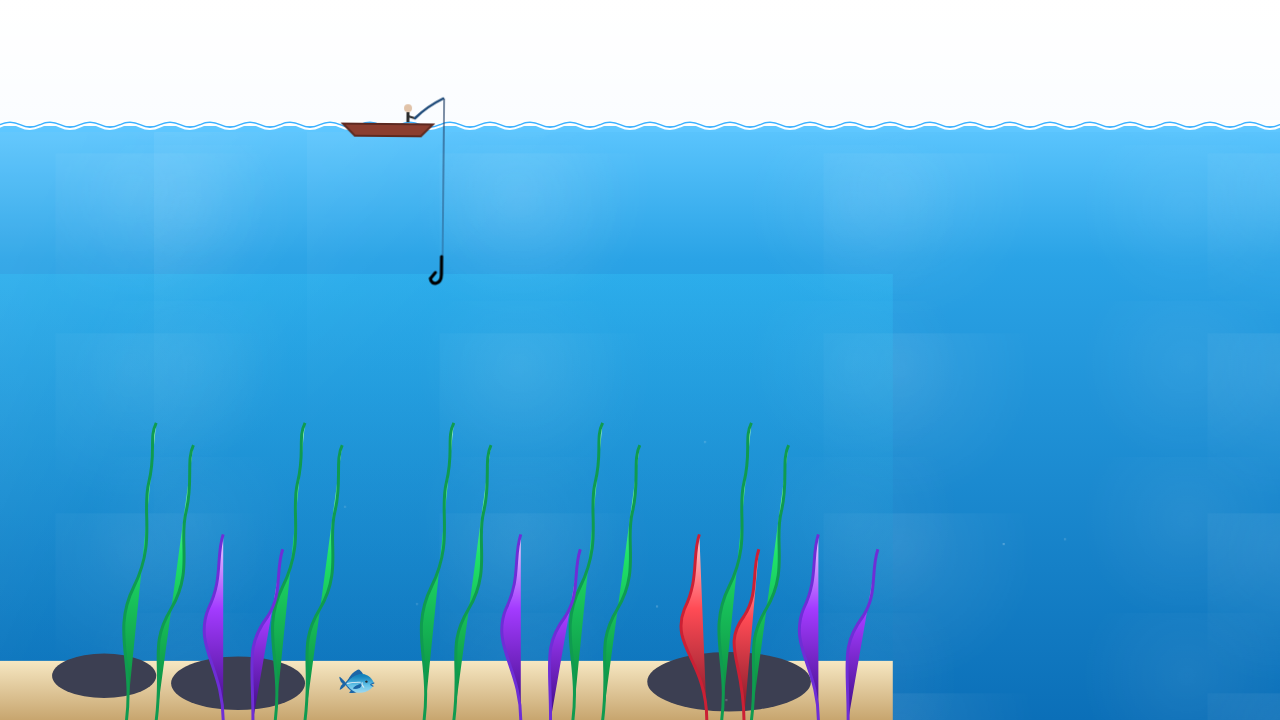
Repository: DeepFriedTurkey441/fd_game_project
Page: index.html
These files come from the project's save history. The page is drawn as it stood at one moment and after the next save; the edit follows.
The browser window is 1280 px wide. The pictures show the whole page.

Above is the page before, as saved 2025-09-23 07:51:33.

### index.html
<!DOCTYPE html>
<html lang="en">
<head>
  <meta charset="UTF-8">
  <title>Fish Dodge</title>
  <link rel="stylesheet" href="style.css">
</head>
<body>
  <div id="game">
    <div id="air" aria-hidden="true"></div>
    <div id="waterline" aria-hidden="true"></div>
    <!-- Decorative background layers (non-interactive) -->
    <div id="light-rays" aria-hidden="true"></div>
    <div id="caustics" aria-hidden="true"></div>
    <!-- Realistic aquarium background (SVG) -->
    <svg id="aquarium-bg" viewBox="0 0 1200 600" preserveAspectRatio="none" aria-hidden="true">
      <defs>
        <linearGradient id="plantGrad1" x1="0" y1="1" x2="0" y2="0">
          <stop offset="0%" stop-color="#0b6fb8"/>
          <stop offset="100%" stop-color="#35d0ff"/>
        </linearGradient>
        <linearGradient id="leafGreen" x1="0" y1="1" x2="0" y2="0">
          <stop offset="0%" stop-color="#0a7f3b"/>
          <stop offset="60%" stop-color="#1fe36a"/>
          <stop offset="100%" stop-color="#b4ffca"/>
        </linearGradient>
        <linearGradient id="leafRed" x1="0" y1="1" x2="0" y2="0">
          <stop offset="0%" stop-color="#7a1626"/>
          <stop offset="60%" stop-color="#ff4b55"/>
          <stop offset="100%" stop-color="#ffd0d4"/>
        </linearGradient>
        <linearGradient id="leafPurple" x1="0" y1="1" x2="0" y2="0">
          <stop offset="0%" stop-color="#3b0a7f"/>
          <stop offset="60%" stop-color="#a33bff"/>
          <stop offset="100%" stop-color="#edd4ff"/>
        </linearGradient>
        <linearGradient id="sandGrad" x1="0" y1="0" x2="0" y2="1">
          <stop offset="0%" stop-color="#f6e7c2"/>
          <stop offset="100%" stop-color="#c7a56e"/>
        </linearGradient>
      </defs>
      <!-- subtle background vignette -->
      <rect x="0" y="0" width="1200" height="600" fill="url(#plantGrad1)" opacity="0.25"/>
      <!-- substrate -->
      <rect x="0" y="520" width="1200" height="80" fill="url(#sandGrad)"/>
      <!-- rocks -->
      <g fill="#3c3f52">
        <ellipse cx="140" cy="540" rx="70" ry="30"/>
        <ellipse cx="320" cy="550" rx="90" ry="36"/>
        <ellipse cx="980" cy="548" rx="110" ry="40"/>
      </g>
      <!-- plant clusters repeated across width -->
      <!-- cluster A (greens) at multiple x positions -->
      <g fill="url(#leafGreen)">
        <g transform="translate(60,0)">
          <path d="M110 600 C120 520, 90 480, 120 420 C150 360,130 320,140 280 C150 240,140 220,150 200" stroke="#0f9b50" stroke-width="4"/>
          <path d="M150 600 C160 520, 140 500, 170 450 C200 400,180 360,190 320 C200 280,190 250,200 230" stroke="#0f9b50" stroke-width="4"/>
        </g>
        <g transform="translate(260,0)">
          <path d="M110 600 C120 520, 90 480, 120 420 C150 360,130 320,140 280 C150 240,140 220,150 200" stroke="#0f9b50" stroke-width="4"/>
          <path d="M150 600 C160 520, 140 500, 170 450 C200 400,180 360,190 320 C200 280,190 250,200 230" stroke="#0f9b50" stroke-width="4"/>
        </g>
        <g transform="translate(460,0)">
          <path d="M110 600 C120 520, 90 480, 120 420 C150 360,130 320,140 280 C150 240,140 220,150 200" stroke="#0f9b50" stroke-width="4"/>
          <path d="M150 600 C160 520, 140 500, 170 450 C200 400,180 360,190 320 C200 280,190 250,200 230" stroke="#0f9b50" stroke-width="4"/>
        </g>
        <g transform="translate(660,0)">
          <path d="M110 600 C120 520, 90 480, 120 420 C150 360,130 320,140 280 C150 240,140 220,150 200" stroke="#0f9b50" stroke-width="4"/>
          <path d="M150 600 C160 520, 140 500, 170 450 C200 400,180 360,190 320 C200 280,190 250,200 230" stroke="#0f9b50" stroke-width="4"/>
        </g>
        <g transform="translate(860,0)">
          <path d="M110 600 C120 520, 90 480, 120 420 C150 360,130 320,140 280 C150 240,140 220,150 200" stroke="#0f9b50" stroke-width="4"/>
          <path d="M150 600 C160 520, 140 500, 170 450 C200 400,180 360,190 320 C200 280,190 250,200 230" stroke="#0f9b50" stroke-width="4"/>
        </g>
      </g>
      <!-- cluster B (purples) across width -->
      <g fill="url(#leafPurple)">
        <g transform="translate(140,0)">
          <path d="M560 600 C560 530, 520 500, 540 450 C560 410,550 380,560 350" stroke="#6e2ed6" stroke-width="4"/>
          <path d="M600 600 C600 520, 590 500, 620 460 C640 430,630 400,640 370" stroke="#6e2ed6" stroke-width="4"/>
        </g>
        <g transform="translate(-260,0)">
          <path d="M560 600 C560 530, 520 500, 540 450 C560 410,550 380,560 350" stroke="#6e2ed6" stroke-width="4"/>
          <path d="M600 600 C600 520, 590 500, 620 460 C640 430,630 400,640 370" stroke="#6e2ed6" stroke-width="4"/>
        </g>
        <g transform="translate(540,0)">
          <path d="M560 600 C560 530, 520 500, 540 450 C560 410,550 380,560 350" stroke="#6e2ed6" stroke-width="4"/>
          <path d="M600 600 C600 520, 590 500, 620 460 C640 430,630 400,640 370" stroke="#6e2ed6" stroke-width="4"/>
        </g>
      </g>
      <!-- cluster C (reds) across width -->
      <g fill="url(#leafRed)">
        <g transform="translate(-60,0)">
          <path d="M1010 600 C1010 520, 960 500, 980 450 C1000 410,990 380,1000 350" stroke="#cc2034" stroke-width="4"/>
          <path d="M1060 600 C1060 520, 1030 500, 1060 460 C1080 430,1070 400,1080 370" stroke="#cc2034" stroke-width="4"/>
        </g>
        <g transform="translate(240,0)">
          <path d="M1010 600 C1010 520, 960 500, 980 450 C1000 410,990 380,1000 350" stroke="#cc2034" stroke-width="4"/>
          <path d="M1060 600 C1060 520, 1030 500, 1060 460 C1080 430,1070 400,1080 370" stroke="#cc2034" stroke-width="4"/>
        </g>
        <g transform="translate(540,0)">
          <path d="M1010 600 C1010 520, 960 500, 980 450 C1000 410,990 380,1000 350" stroke="#cc2034" stroke-width="4"/>
          <path d="M1060 600 C1060 520, 1030 500, 1060 460 C1080 430,1070 400,1080 370" stroke="#cc2034" stroke-width="4"/>
        </g>
      </g>
    </svg>
    <div class="boat" aria-label="small fishing boat" title="Fishing boat" style="left: 26vw;">
      <svg viewBox="0 0 120 60" xmlns="http://www.w3.org/2000/svg" aria-hidden="true">
        <!-- hull -->
        <path d="M10 40 L100 40 L88 52 L22 52 Z" fill="#8b3e2f" stroke="#5e291f" stroke-width="2"/>
        <!-- fisherman (simple) -->
        <circle cx="75" cy="24" r="4" fill="#e0c2a8"/>
        <path id="arm" d="M75 28 L75 38" stroke="#2b2b2b" stroke-width="3"/>
        <path id="rod" d="M75 32 L82 34" stroke="#2b2b2b" stroke-width="2"/>
        <!-- fishing rod (angled out over water) -->
        <path d="M82 34 Q 94 22 110 14" stroke="#1f4b7a" stroke-width="2.5" fill="none" stroke-linecap="round"/>
      </svg>
      <div class="line" aria-hidden="true"></div>
      <svg class="hook" aria-hidden="true" viewBox="0 0 24 36">
        <!-- J‑shaped hook: black stroke, no fill -->
        <path d="M16 2 V20 C16 30 6 32 5 24" fill="none" stroke="#000" stroke-width="3.2" stroke-linecap="round"/>
        <!-- Barb -->
        <path d="M6 23 L10 18" fill="none" stroke="#000" stroke-width="3" stroke-linecap="round"/>
      </svg>
    </div>
    <div id="fish" aria-label="fish"><span class="sprite" aria-hidden="true">🐟</span></div>
    <!-- Soft ambient bubbles -->
    <div id="bubbles" aria-hidden="true"></div>
  </div>
  <script src="script.js"></script>
</body>
</html>

### style.css
/* Basic starter styling */
body {
    margin: 0;
    font-family: sans-serif;
    background-color: #0a3454;
    color: #fff;
  }

#game {
    position: relative;
    width: 100vw;
    height: 100vh;
    overflow: hidden;
    background: linear-gradient(#f9fbff 0%, #eaf3ff 16.66%, #5ec7ff 16.66%, #2aa3e6 36%, #0b6fb8 100%);
  }

/* Air overlay (top 1/6) to ensure a whitish sky */
#air {
    position: absolute;
    left: 0; right: 0;
    top: 0;
    /* Extend slightly past the waterline so crests have white behind them */
    height: calc(100vh / 6 + 12px);
    background: linear-gradient(to bottom, rgba(255,255,255,0.98), rgba(255,255,255,0.75));
    z-index: 1;
    pointer-events: none;
  }

/* Waterline at 1/6 of the viewport height from the top */
#waterline {
    position: absolute;
    left: 0; right: 0;
    top: calc(100vh / 6);
    height: 12px;
    z-index: 2;
    pointer-events: none;
    /* Squiggly wave on top of a 2-color band: white above, light blue below */
    background:
      url("data:[embedded picture, 376 characters]") repeat-x center,
      linear-gradient(to bottom, rgba(255,255,255,0.98) 0%, rgba(255,255,255,0.98) 50%, rgba(94,199,255,1) 50%, rgba(94,199,255,1) 100%);
    background-size: 80px 12px, 100% 100%;
  }

/* Boat at surface */
  .boat {
    position: absolute;
    top: calc(100vh / 6 - 34px); /* float a bit higher above ripple */
    width: 120px; height: 60px;
    transform-origin: 50% 50%;
    animation: bob 3.2s ease-in-out infinite;
    z-index: 6; /* above reefs; fish swims under */
    pointer-events: none;
  }
  .boat svg { width: 100%; height: 100%; display: block; }
  /* (reverted) */

/* Realistic aquarium background container */
#aquarium-bg { position:absolute; left:0; right:0; bottom:0; height: 62vh; z-index:1; pointer-events:none; }

/* God-rays */
#light-rays { position: absolute; left:0; right:0; top: calc(100vh/6); bottom:0; pointer-events:none; z-index:1;
  background:
    linear-gradient(115deg, rgba(255,255,255,0.12) 10%, rgba(255,255,255,0.0) 35%) 0 0/40% 100% no-repeat,
    linear-gradient(125deg, rgba(255,255,255,0.10) 8%, rgba(255,255,255,0.0) 32%) 20% 0/40% 100% no-repeat,
    linear-gradient(135deg, rgba(255,255,255,0.08) 6%, rgba(255,255,255,0.0) 28%) 40% 0/40% 100% no-repeat;
  mix-blend-mode: screen;
  opacity: 0.5;
}

/* Caustic shimmer */
#caustics { position:absolute; left:0; right:0; top: calc(100vh/6); bottom:0; pointer-events:none; z-index:1;
  background: radial-gradient(circle at 20% 20%, rgba(255,255,255,0.08) 0%, rgba(255,255,255,0) 40%) 0 0/30% 30% repeat,
              radial-gradient(circle at 70% 40%, rgba(255,255,255,0.06) 0%, rgba(255,255,255,0) 42%) 0 0/26% 26% repeat;
  animation: causticDrift 18s linear infinite;
}
@keyframes causticDrift {
  0% { background-position: 0 0, 0 0; }
  100% { background-position: 200px 120px, -160px 90px; }
}

/* Seafloor gradient to deepen bottom */
#seafloor { position:absolute; left:0; right:0; bottom:0; height: 16vh; pointer-events:none; z-index:1;
  background: linear-gradient(to bottom, rgba(0,0,0,0) 0%, rgba(0,0,0,0.25) 100%);
}
  .boat .line {
    position: absolute;
    left: 110px; /* exact rod tip in SVG coords */
    top: 14px;
    width: 2px;
    height: calc(100vh - (100vh / 6)); /* down to bottom */
    background: linear-gradient(to bottom, rgba(30,60,100,0.6), rgba(30,60,100,0.3));
    transform-origin: top;
    z-index: 4; /* between reefs and fish */
  }
  .boat .hook {
    position: absolute;
    left: 100px; /* adjusted for SVG viewBox */
    top: 14px;
    width: 24px; height: 36px;
    z-index: 5;
    display: block;
  }
  .boat .hook path { vector-effect: non-scaling-stroke; }

@keyframes bob {
  0%   { transform: translateY(0) rotate(-0.6deg); }
  50%  { transform: translateY(-2px) rotate(0.6deg); }
  100% { transform: translateY(0) rotate(-0.6deg); }
}

#fish {
    position: absolute;
    left: 24px;
    top: 50vh;
    transform: translateY(-50%);
    font-size: 32px;
    line-height: 1;
    user-select: none;
    z-index: 5;
  }
/* Ambient bubbles */
#bubbles { position:absolute; left:0; right:0; top: calc(100vh/6); bottom:0; pointer-events:none; z-index:2; }
#bubbles::before, #bubbles::after { content:""; position:absolute; left:10%; bottom:6vh; width:2px; height:2px; background:transparent;
  box-shadow:  0 0 0 0 rgba(255,255,255,0.7),
               40vw 10vh 0 0 rgba(255,255,255,0.6),
               20vw 30vh 0 0 rgba(255,255,255,0.5),
               65vw 22vh 0 0 rgba(255,255,255,0.6),
               80vw 12vh 0 0 rgba(255,255,255,0.5),
               15vw 18vh 0 0 rgba(255,255,255,0.5);
  animation: bubbleUp 8s linear infinite;
}
#bubbles::after { left:35%; animation-duration: 12s; opacity:0.8; }
@keyframes bubbleUp {
  0% { transform: translateY(0) scale(1); opacity: 0.0; }
  10% { opacity: 0.6; }
  100% { transform: translateY(-70vh) scale(1.2); opacity: 0; }
}
  #fish .sprite { display: inline-block; font-size: 32px; width: 1em; height: 1em; }
  /* Emoji orientation mappings */
  /* Most platforms render 🐟 facing left by default (head on left). */
  #fish .face-left { transform: scaleX(1); }
  #fish .face-right { transform: scaleX(-1); }

### script.js
// Fish movement prototype: slow downward drift, space = up/forward, 3 speeds (←/→)
(function () {
  const fish = document.getElementById('fish');
  const sprite = fish ? fish.querySelector('.sprite') : null;
  const boat = document.querySelector('.boat');
  const lineEl = boat ? boat.querySelector('.line') : null;
  const hookEl = boat ? boat.querySelector('.hook') : null;
  // (reverted) no rod group rotation
  const armPath = boat ? boat.querySelector('#arm') : null;
  const rodPath = boat ? boat.querySelector('#rod') : null;
  if (!fish) return;

  // Ensure fish faces right
  // using CSS flip on child span; no need to set text here

  const BASE_SPEEDS = [1, 3, 6];
  let speedIndex = 0;
  let dir = 1; // 1 = left→right, -1 = right→left
  let speed = BASE_SPEEDS[speedIndex]; // signed pixels/frame after scaling

  let x = 24;
  let y = window.innerHeight * 0.5;
  let vy = 0;
  let spacePressed = false;
  let paused = false;
  function getFishHalfHeight() {
    try {
      const rect = (sprite || fish).getBoundingClientRect();
      return Math.max(8, (rect.height || 32) / 2);
    } catch (_) {
      return 16; // fallback for early frames
    }
  }

  // Tunables
  function scale() { return Math.max(0.8, Math.min(2.0, window.innerWidth / 1200)); }
  function gravity() { return 0.12 * scale(); } // slow drift downward
  function maxFall() { return 3.0 * scale(); }
  function maxRise() { return -4.0 * scale(); }

  function wrapX(nx) {
    const w = window.innerWidth;
    if (nx > w) return nx - w;
    if (nx < 0) return nx + w;
    return nx;
  }

  function updateSpeed() {
    speed = dir * (BASE_SPEEDS[speedIndex] * scale());
    // Update facing based on direction
    if (sprite) {
      if (dir === 1) {
        sprite.classList.remove('face-left');
        sprite.classList.add('face-right');
      } else {
        sprite.classList.remove('face-right');
        sprite.classList.add('face-left');
      }
    }
  }

  function loop() {
    if (paused) { requestAnimationFrame(loop); return; }
    // Horizontal progress
    x = wrapX(x + speed);

    // Vertical physics
    if (spacePressed) {
      vy = Math.max(maxRise(), vy - 0.45 * scale());
    } else {
      vy = Math.min(maxFall(), vy + gravity());
    }
    // Compute waterline as top at 1/6 viewport height
    const waterlineY = window.innerHeight / 6;
    // Keep the fish's center at least one pixel below the waterline + half its height
    const halfH = getFishHalfHeight();
    const topClamp = Math.max(0, waterlineY + halfH + 1);
    const bottomClamp = window.innerHeight - 40;
    y = Math.max(topClamp, Math.min(bottomClamp, y + vy));

    // Render
    fish.style.left = x + 'px';
    fish.style.top = y + 'px';

    // Simple jig animation for hook: hold near bottom, then hop upward irregularly
    animateHook();

    requestAnimationFrame(loop);
  }

  // --- Fishing line + hook motion ---
  let hookState = { phase: 'drop', targetY: 0, lastChange: 0 };
  // (reverted) no cast state
  const FEATURES = {
    casting: (new URL(location.href).searchParams.get('cast') === '1') ||
             (localStorage.getItem('fd_casting') === '1')
  };
  document.addEventListener('keydown', e => {
    if (e.key === 'C') {
      FEATURES.casting = !FEATURES.casting;
      localStorage.setItem('fd_casting', FEATURES.casting ? '1' : '0');
      location.reload();
    }
  });

  // Dynamic grouping for casting when flag is ON
  let rodGroup = null;
  if (boat && FEATURES.casting && armPath && rodPath) {
    try {
      const svg = boat.querySelector('svg');
      rodGroup = document.createElementNS('http://www.w3.org/2000/svg', 'g');
      rodGroup.setAttribute('id', 'rodGroup');
      rodGroup.appendChild(armPath);
      rodGroup.appendChild(rodPath);
      svg.insertBefore(rodGroup, svg.firstChild.nextSibling);
      rodGroup.style.transformOrigin = '75px 32px';
    } catch (_) { rodGroup = null; }
  }
  function animateHook() {
    if (!lineEl || !hookEl) return;
    const now = performance.now();
    const waterTop = window.innerHeight / 6;
    const bottom = window.innerHeight - 4;
    // Anchor positions at rod tip in page coords
    const boatRect = boat.getBoundingClientRect();
    const rodTip = { x: boatRect.left + 110, y: boatRect.top + 14 };
    // Hook SVG geometry (viewBox 0 0 24 36): eye at roughly (16, 2)
    const HOOK_EYE_X = 16; // px within SVG
    const HOOK_EYE_Y = 2;  // px within SVG
    if (hookState.phase === 'drop') {
      // Ensure line spans to bottom and hook sits near bottom
      lineEl.style.height = (bottom - rodTip.y) + 'px';
      // Position hook so its eye aligns with the line X and starts at bottom
      hookEl.style.left = (rodTip.x - boatRect.left - HOOK_EYE_X) + 'px';
      hookEl.style.top = (rodTip.y - boatRect.top + (bottom - rodTip.y) - (HOOK_EYE_Y + 2)) + 'px';
      hookState.phase = 'jig';
      hookState.lastChange = now;
      hookState.targetY = bottom - 30;
      // Trigger a one-time cast animation when flag is ON
      if (FEATURES.casting) startCast(now);
      return;
    }
    // Jigging: random small upward hops, then fall back
    const hookRect = hookEl.getBoundingClientRect();
    const hookY = hookRect.top + hookRect.height / 2;
    if (now - hookState.lastChange > 600 + Math.random() * 600) {
      hookState.targetY = Math.max(waterTop + 60, hookY - (30 + Math.random() * 60));
      hookState.lastChange = now;
    }
    // Move toward targetY smoothly
    const dy = (hookState.targetY - hookY) * 0.14;
    const newTop = hookY + dy;
    const maxTop = bottom - 12;
    const clampedTop = Math.min(maxTop, Math.max(waterTop + 40, newTop));
    // Position hook (absolute within boat) using page→boat coordinates
    const newHookTop = clampedTop - hookRect.height / 2;
    // Keep hook horizontally anchored so the eye stays on the line
    hookEl.style.left = (rodTip.x - boatRect.left - HOOK_EYE_X) + 'px';
    hookEl.style.top = (newHookTop - boatRect.top) + 'px';

    // Reel-in effect: simply shorten the line element height to the hook
    const hookEyePageY = (newHookTop + HOOK_EYE_Y); // page Y for hook eye
    const visibleHeight = Math.max(0, hookEyePageY - rodTip.y);
    lineEl.style.height = visibleHeight + 'px';

    if (FEATURES.casting) stepCast(now);
  }
  // --- Casting (guarded by feature flag) ---
  let hasCastOnce = false;
  let castPhase = 'idle';
  let castStartAt = 0;
  function getBoatSectionIndex() {
    const sections = 10;
    const boatRect = boat.getBoundingClientRect();
    const centerX = boatRect.left + boatRect.width / 2;
    const w = window.innerWidth;
    return Math.min(sections - 1, Math.max(0, Math.floor((centerX / w) * sections)));
  }
  function startCast(now) {
    if (hasCastOnce || !rodGroup) return;
    const section = getBoatSectionIndex();
    if (section >= 8) return;
    hasCastOnce = true;
    castPhase = 'windup';
    castStartAt = now;
  }
  function stepCast(now) {
    if (castPhase === 'idle' || !rodGroup) return;
    const t = now - castStartAt;
    if (castPhase === 'windup') {
      const dur = 380, k = Math.min(1, t / dur);
      const angle = -35 * (1 - Math.pow(1 - k, 3));
      rodGroup.style.transform = `rotate(${angle}deg)`;
      if (k >= 1) { castPhase = 'forward'; castStartAt = now; }
    } else if (castPhase === 'forward') {
      const dur = 240, k = Math.min(1, t / dur);
      const angle = (-35) + 50 * (1 - Math.pow(1 - k, 3));
      rodGroup.style.transform = `rotate(${angle}deg)`;
      const section = getBoatSectionIndex();
      const w = window.innerWidth, sectionW = w / 10;
      const targetX = Math.min((section + 2 + 0.5) * sectionW, w - 20);
      const boatRect = boat.getBoundingClientRect();
      const curr = hookEl.getBoundingClientRect();
      const nx = (curr.left + (targetX - curr.left) * (1 - Math.pow(1 - k, 3))) - boatRect.left - 16;
      hookEl.style.left = `${nx}px`;
      if (k >= 1) { castPhase = 'settle'; castStartAt = now; }
    } else if (castPhase === 'settle') {
      const dur = 280, k = Math.min(1, t / dur);
      const angle = 15 - 15 * (1 - Math.pow(1 - k, 3));
      rodGroup.style.transform = `rotate(${angle}deg)`;
      if (k >= 1) { castPhase = 'idle'; rodGroup.style.transform = 'rotate(0deg)'; }
    }
  }

  document.addEventListener('keydown', (e) => {
    switch (e.key) {
      case ' ': // surge
        if (!spacePressed) {
          spacePressed = true;
          vy = Math.max(maxRise(), vy - 2.2 * scale());
          fish.style.transform = 'translateY(-50%) scale(1.04) rotate(-3deg)';
        }
        break;
      case 'p':
        paused = !paused;
        break;
      case 'ArrowRight':
        if (dir === 1) {
          // Already moving right: speed up until max
          speedIndex = Math.min(BASE_SPEEDS.length - 1, speedIndex + 1);
        } else {
          // Moving left: step down speed; if already at slowest, flip to right slow
          if (speedIndex > 0) {
            speedIndex -= 1;
          } else {
            dir = 1; // flip direction
            speedIndex = 0; // start at slowest in new direction
          }
        }
        updateSpeed();
        break;
      case 'ArrowLeft':
        if (dir === -1) {
          // Already moving left: speed up until max
          speedIndex = Math.min(BASE_SPEEDS.length - 1, speedIndex + 1);
        } else {
          // Moving right: step down speed; if already at slowest, flip to left slow
          if (speedIndex > 0) {
            speedIndex -= 1;
          } else {
            dir = -1; // flip direction
            speedIndex = 0; // start at slowest in new direction
          }
        }
        updateSpeed();
        break;
    }
  });
  document.addEventListener('keyup', (e) => {
    if (e.key === ' ') {
      spacePressed = false;
      fish.style.transform = 'translateY(-50%)';
    }
  });

  window.addEventListener('resize', () => {
    x = Math.min(x, window.innerWidth - 40);
    // Re-apply clamp relative to new waterline and fish size
    const waterlineY = window.innerHeight / 6;
    const halfH = getFishHalfHeight();
    const topClamp = Math.max(0, waterlineY + halfH + 1);
    const bottomClamp = window.innerHeight - 40;
    y = Math.max(topClamp, Math.min(bottomClamp, y));
    updateSpeed();
    // Recompute line length on resize
    if (lineEl && boat) {
      const bottom = window.innerHeight - 4;
      const boatRect = boat.getBoundingClientRect();
      const rodTipY = boatRect.top + 14;
      lineEl.style.height = (bottom - rodTipY) + 'px';
    }
  });

  // Init
  updateSpeed();
  // Ensure initial facing matches starting direction (right)
  if (sprite) { sprite.classList.add('face-right'); }
  loop();
})();

After the next save:
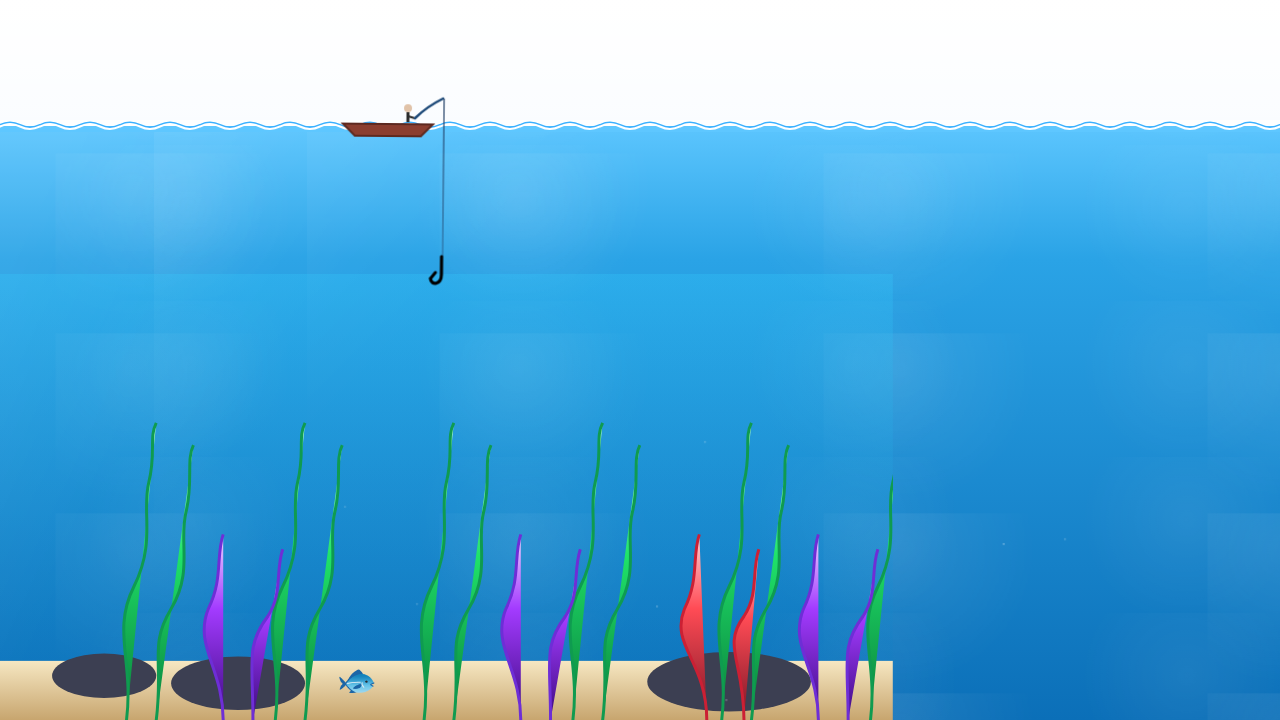
Saved 20 min 39 s later.
--- a/index.html
+++ b/index.html
@@ -72,6 +72,10 @@
           <path d="M110 600 C120 520, 90 480, 120 420 C150 360,130 320,140 280 C150 240,140 220,150 200" stroke="#0f9b50" stroke-width="4"/>
           <path d="M150 600 C160 520, 140 500, 170 450 C200 400,180 360,190 320 C200 280,190 250,200 230" stroke="#0f9b50" stroke-width="4"/>
         </g>
+        <g transform="translate(1060,0)">
+          <path d="M110 600 C120 520, 90 480, 120 420 C150 360,130 320,140 280 C150 240,140 220,150 200" stroke="#0f9b50" stroke-width="4"/>
+          <path d="M150 600 C160 520, 140 500, 170 450 C200 400,180 360,190 320 C200 280,190 250,200 230" stroke="#0f9b50" stroke-width="4"/>
+        </g>
       </g>
       <!-- cluster B (purples) across width -->
       <g fill="url(#leafPurple)">
@@ -87,6 +91,10 @@
           <path d="M560 600 C560 530, 520 500, 540 450 C560 410,550 380,560 350" stroke="#6e2ed6" stroke-width="4"/>
           <path d="M600 600 C600 520, 590 500, 620 460 C640 430,630 400,640 370" stroke="#6e2ed6" stroke-width="4"/>
         </g>
+        <g transform="translate(940,0)">
+          <path d="M560 600 C560 530, 520 500, 540 450 C560 410,550 380,560 350" stroke="#6e2ed6" stroke-width="4"/>
+          <path d="M600 600 C600 520, 590 500, 620 460 C640 430,630 400,640 370" stroke="#6e2ed6" stroke-width="4"/>
+        </g>
       </g>
       <!-- cluster C (reds) across width -->
       <g fill="url(#leafRed)">
@@ -99,6 +107,10 @@
           <path d="M1060 600 C1060 520, 1030 500, 1060 460 C1080 430,1070 400,1080 370" stroke="#cc2034" stroke-width="4"/>
         </g>
         <g transform="translate(540,0)">
+          <path d="M1010 600 C1010 520, 960 500, 980 450 C1000 410,990 380,1000 350" stroke="#cc2034" stroke-width="4"/>
+          <path d="M1060 600 C1060 520, 1030 500, 1060 460 C1080 430,1070 400,1080 370" stroke="#cc2034" stroke-width="4"/>
+        </g>
+        <g transform="translate(840,0)">
           <path d="M1010 600 C1010 520, 960 500, 980 450 C1000 410,990 380,1000 350" stroke="#cc2034" stroke-width="4"/>
           <path d="M1060 600 C1060 520, 1030 500, 1060 460 C1080 430,1070 400,1080 370" stroke="#cc2034" stroke-width="4"/>
         </g>
